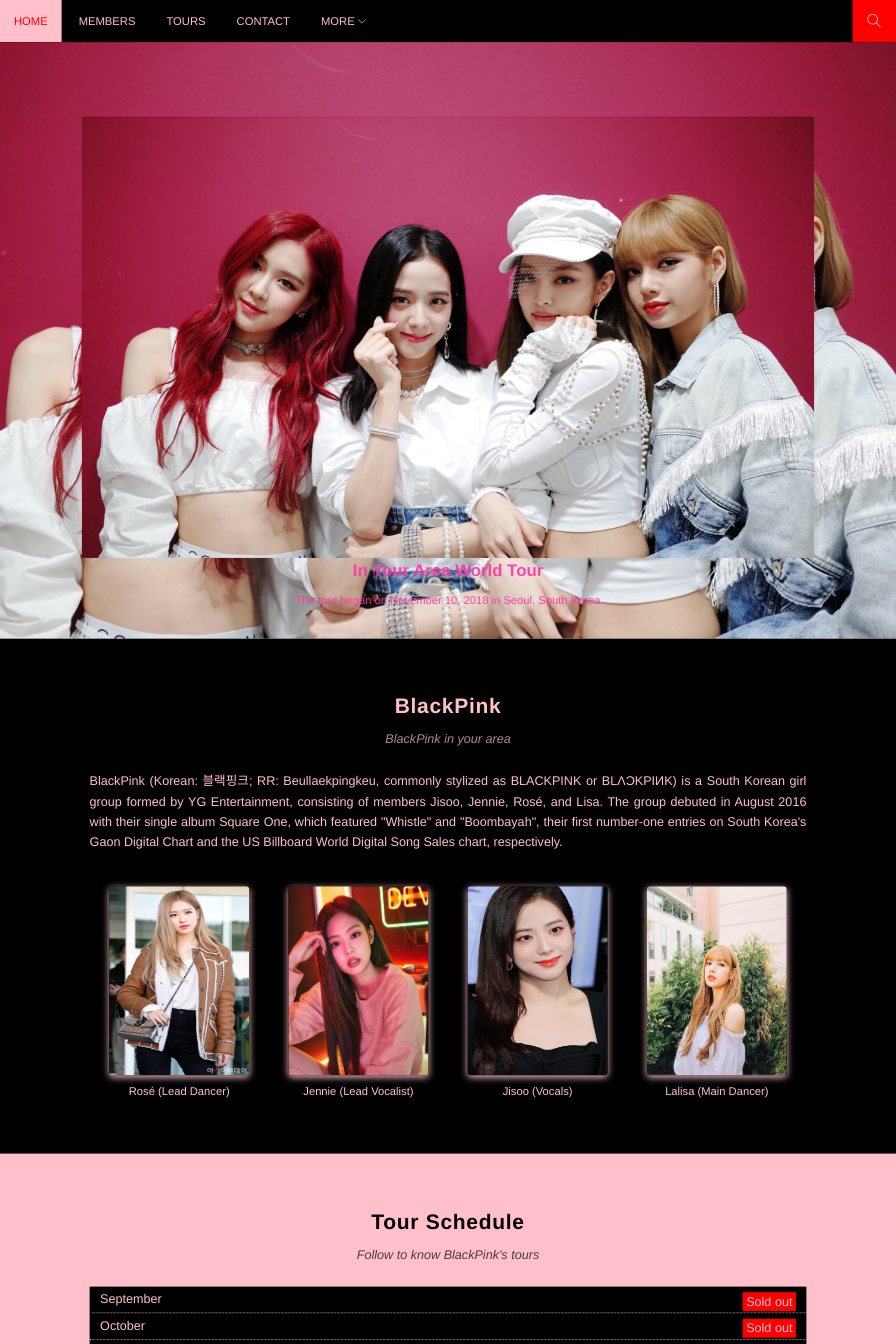
Repository: harrycricket/Blackpink_Band_Deploy
Page: index.html
An editor plug-in stored every save of this project. The page is shown before and after the next save, followed by the edit.
The browser window is 1280 px wide. The pictures show the part of the page from y = 0 to 1920 px (the page is 3376 px tall), at 70% of full size.

Above is the page before, as saved 2023-03-13 05:13:51.

### index.html
<!DOCTYPE html>

<html lang="en">

<head>
    <meta charset="utf-8">
    <meta name="viewport" content="width=device-width, initial-scale">
    <title>BlackPinkOfficial</title>
    <link rel="icon" href="https://www.blackpinkmusic.com/files/2022/08/bpfavicon-1-75x75.png" type="image/x-icon" />
    <link rel="stylesheet" href="./assets/css/style.css">
    <link rel="stylesheet" href="./assets/font/themify-icons/themify-icons.css">
</head>

<body>
    <div id="main">
        <div id="main__header">
            <ul id="nav">
                <li><a href="#">Home</a></li>
                <li><a href="#members">Members</a></li>
                <li><a href="#tours">Tours</a></li>
                <li><a href="#contact">Contact</a></li>
                <li>
                    <a href="#">More
                        <i class="nav-arrow-down ti-angle-down"></i>
                    </a>
                    <ul class="subnav">
                        <li><a href="https://www.youtube.com/BLACKPINKOFFICIAL">Youtube</a></li>
                        <li><a href="https://www.blackpinkmusic.com/music/">Music</a></li>
                        <li><a href="https://www.blackpinkmusic.com/newsletter/">Newsletter</a></li>
                    </ul>
                </li>
            </ul>

            <!-- <div class="logo">
                <img src="https://www.blackpinkmusic.com/files/2022/08/logo.png" alt="">
            </div> -->

            <!-- search button -->
            <div class="search-button">
                <i class="search-icon ti-search"></i>
            </div>
        </div>

        <div id="main__slider">
            <div class="text-content">
                <img src="./assets/img/background.jpg">
                <h2 class="text-heading">In Your Area World Tour</h2>
                <div class="text-description">The tour began on November 10, 2018 in Seoul, South Korea</div>
            </div>
        </div>

        <div id="main__content">
            <!-- About section -->
            <div id="members" class="content-section">
                <h2 class="content-heading">BlackPink</h2>
                <p class="content-sub-heading">BlackPink in your area</p>
                <p class="about-text">
                    BlackPink (Korean: 블랙핑크; RR: Beullaekpingkeu, commonly stylized as BLACKPINK or BLɅϽKPIИK) is a
                    South Korean girl group formed by YG Entertainment, consisting of members Jisoo, Jennie, Rosé, and
                    Lisa. The group debuted in August 2016 with their single album Square One, which featured "Whistle"
                    and "Boombayah", their first number-one entries on South Korea's Gaon Digital Chart and the US
                    Billboard World Digital Song Sales chart, respectively.
                </p>

                <div class="member-team">
                    <div class="column column-quarter text-center">
                        <img src="./assets/img/member/Rosé.jpg" alt="Rosé image" class="member-image">
                        <p><a href="https://en.wikipedia.org/wiki/Ros%C3%A9_(singer)" class="member-name">Rosé (Lead
                                Dancer)</a></p>
                    </div>

                    <div class="column column-quarter text-center">
                        <img src="./assets/img/member/Jennie.jpg" alt="Jennie image" class="member-image">
                        <p><a href="https://en.wikipedia.org/wiki/Jennie_(singer)" class="member-name">Jennie (Lead
                                Vocalist)</a></p>
                    </div>

                    <div class="column column-quarter text-center">
                        <img src="./assets/img/member/Jisoo.jpg" alt="Jisoo image" class="member-image">
                        <p><a href="https://en.wikipedia.org/wiki/Jisoo" class="member-name">Jisoo (Vocals)</a></p>
                    </div>

                    <div class="column column-quarter text-center">
                        <img src="./assets/img/member/Lalisa.jpg" alt="Lalisa image" class="member-image">
                        <p><a href="https://en.wikipedia.org/wiki/Lisa_(rapper)" class="member-name">Lalisa (Main
                                Dancer)</a></p>
                    </div>

                    <div class="clear"></div>
                </div>
            </div>

            <!-- Tour section -->

            <div id="tours" class="tour-section">
                <div class="content-section">
                    <h2 class="content-heading text-black">Tour Schedule </h2>
                    <p class="content-sub-heading text-black">Follow to know BlackPink's tours</p>
                    <!-- Tickets -->
                    <div class="book-ticket">
                        <li>September <span class="unavailable">Sold out</span></li>
                        <li>October <span class="unavailable">Sold out</span></li>
                        <li>November <span class="quantity">4</span></li>
                        <li>December <span class="quantity">8</span></li>
                    </div>
                    <!-- Tours location -->
                    <div class="row place-list">
                        <div class="column column-quarter">
                            <img src="./assets/img/Places/Vietnam.jpg" alt="Vietnam" class="place-image">
                            <div class="place-body">
                                <h3 class="place-country">Vietnam</h3>
                                <p class="place-time">1 November 2022</p>
                                <p class="place-content">
                                    Vietnam is the first place we will
                                    organize in this month. Hope to see all of you here.
                                </p>
                                <button class="buy-tickets js-buy-tickets">Buy tickets</button>
                            </div>
                        </div>

                        <div class="column column-quarter">
                            <img src="./assets/img/Places/Paris.jpg" alt="France" class="place-image">
                            <div class="place-body">
                                <h3 class="place-country">France</h3>
                                <p class="place-time">10 November 2022</p>
                                <p class="place-content">
                                    France is the second place we will
                                    organize in this month. Hope to see all of you here.
                                </p>
                                <button class="buy-tickets js-buy-tickets">Buy tickets</button>
                            </div>
                        </div>

                        <div class="column column-quarter">
                            <img src="./assets/img/Places/Singapore.jpg" alt="Singapore" class="place-image">
                            <div class="place-body">
                                <h3 class="place-country">Singapore</h3>
                                <p class="place-time">20 November 2022</p>
                                <p class="place-content">
                                    Singapore is the third place we will
                                    organize in this month. Hope to see all of you here.
                                </p>
                                <button class="buy-tickets js-buy-tickets">Buy tickets</button>
                            </div>
                        </div>

                        <div class="column column-quarter">
                            <img src="./assets/img/Places/Seoul.jpg" alt="Korean" class="place-image">
                            <div class="place-body">
                                <h3 class="place-country">Korean</h3>
                                <p class="place-time">30 November 2022</p>
                                <p class="place-content">
                                    Seoul is the last place we will
                                    organize in this month. Hope to see all of you here.
                                </p>
                                <button class="buy-tickets js-buy-tickets">Buy tickets</button>
                            </div>
                        </div>
                    </div>
                </div>
            </div>

            <!-- Begin: Contact section -->
            <div id="contact" class="content-section">
                <h2 class="content-heading">Contact</h2>
                <p class="content-sub-heading">Contact us for working</p>

                <div class="row contact-content">
                    <div class="column column-half contact-info">
                        <p><i class="ti-location-pin"> Seoul, South Korean</i></p>
                        <p><i class="ti-mobile"> Phone number: 0987654321</i></p>
                        <p><i class="ti-email"> Email: BlackPinkOfficial@gmail.com</i></p>
                    </div>

                    <div class="column column-half contact-form">
                        <form action="">
                            <div class="row">
                                <div class="column column-half">
                                    <input type="text" name="" placeholder="Name" required class="form-control">
                                </div>

                                <div class="column column-half">
                                    <input type="email" name="" placeholder="Email" required class="form-control">
                                </div>
                            </div>

                            <div class="row">
                                <div class="column column-full mt4px">
                                    <select name="country" id="country">
                                        <option value="">Afghanistan</option>
                                        <option value="">Albania</option>
                                        <option value="">American</option>
                                        <option value="">Andorra</option>
                                        <option value="">Angola</option>
                                        <option value="">Argentina</option>
                                        <option value="">Armenia</option>
                                        <option value="">Australia</option>
                                        <option value="">Austria</option>
                                        <option value="">Azerbaijan</option>
                                        <option value="">Bahrain</option>
                                        <option value="">Bangladesh </option>
                                        <option value="">Belarus</option>
                                        <option value="">Bermuda</option>
                                        <option value="">Bolivia</option>
                                        <option value="">Brazil</option>
                                        <option value="">Bulgaria</option>
                                        <option value="">Cambodia</option>
                                        <option value="">Cameroon</option>
                                        <option value="">Canada</option>
                                        <option value="">China</option>
                                        <option value="">Congo</option>
                                        <option value="">Costa Rica</option>
                                        <option value="">Croatia</option>
                                        <option value="">Cuba</option>
                                        <option value="">Czech Republic</option>
                                        <option value="">Denmark</option>
                                        <option value="">Dominica</option>
                                        <option value="">Dominican Republic</option>
                                        <option value="">East Timor</option>
                                        <option value="">Ecuador</option>
                                        <option value="">Egypt</option>
                                        <option value="">El Salvador</option>
                                        <option value="">Estonia</option>
                                        <option value="">Ethiopia</option>
                                        <option value="">Equatorial Guinea</option>
                                        <option value="">Faroe Islands</option>
                                        <option value="">Fiji</option>
                                        <option value="">France</option>
                                        <option value="">French Polynesia</option>
                                        <option value="">Gabon</option>
                                        <option value="">The Gambia</option>
                                        <option value="">Germany</option>
                                        <option value="">Ghana</option>
                                        <option value="">Greece</option>
                                        <option value="">Greenland</option>
                                        <option value="">Guinea</option>
                                        <option value="">Haiti</option>
                                        <option value="">Hong Kong</option>
                                        <option value="">Hungary</option>
                                        <option value="">Iceland</option>
                                        <option value="">India</option>
                                        <option value="">Indonesia</option>
                                        <option value="">Iran</option>
                                        <option value="">Iraq</option>
                                        <option value="">Ireland</option>
                                        <option value="">Israel</option>
                                        <option value="">Italy</option>
                                        <option value="">Jamaica</option>
                                        <option value="">Japan</option>
                                        <option value="">Jordan</option>
                                        <option value="">Kazakhstan</option>
                                        <option value="">Kenya</option>
                                        <option value="">Kosovo</option>
                                        <option value="">Kuwait</option>
                                        <option value="">Kyrgyzstan</option>
                                        <option value="">Lao</option>
                                        <option value="">Latvia</option>
                                        <option value="">Liberia</option>
                                        <option value="">Libya</option>
                                        <option value="">Luxembourg</option>
                                        <option value="">Macau</option>
                                        <option value="">Madagascar</option>
                                        <option value="">Malaysia</option>
                                        <option value="">Malta</option>
                                        <option value="">Mexico</option>
                                        <option value="">Monaco</option>
                                        <option value="">Mongolia</option>
                                        <option value="">Mozambique</option>
                                        <option value="">Myanmar</option>
                                        <option value="">Nepal</option>
                                        <option value="">Netherlands</option>
                                        <option value="">New Zealand</option>
                                        <option value="">Nigeria</option>
                                        <option value="">North Korea</option>
                                        <option value="">Pakistan</option>
                                        <option value="">Panama</option>
                                        <option value="">Paraguay</option>
                                        <option value="">Papua New Guinea</option>
                                        <option value="">Peru</option>
                                        <option value="">Philippines</option>
                                        <option value="">Portugal</option>
                                        <option value="">Qatar</option>
                                        <option value="">Romania</option>
                                        <option value="">Russian</option>
                                        <option value="">Saudi Arabia</option>
                                        <option value="">Serbia</option>
                                        <option value="">Singapore</option>
                                        <option value="">Slovakia</option>
                                        <option value="">South Africa</option>
                                        <option value="">South Korea</option>
                                        <option value="">South Sudan</option>
                                        <option value="">Spain</option>
                                        <option value="">Sri Lanka</option>
                                        <option value="">Sudan</option>
                                        <option value="">Sweden</option>
                                        <option value="">Switzerland</option>
                                        <option value="">Syria</option>
                                        <option value="">Taiwan</option>
                                        <option value="">Tanzania</option>
                                        <option value="">Thailand</option>
                                        <option value="">Turkey</option>
                                        <option value="">Tuvalu</option>
                                        <option value="">Uganda</option>
                                        <option value="">Ukraine</option>
                                        <option value="">United Kingdom</option>
                                        <option value="">United States</option>
                                        <option value="">Uruguay</option>
                                        <option value="">Uzbekistan</option>
                                        <option value="">Vatican City State</option>
                                        <option value="">Venezuela</option>
                                        <option value="">Vietnam</option>
                                        <option value="">Yemen</option>
                                    </select>
                                </div>
                            </div>

                            <div class="row">
                                <div class="column column-full mt4px">
                                    <input type="button" onclick="alert('Send information successfully')" value="Send"
                                        id="submit-botton">
                                    <!-- <input type="submit" value="Send" id="submit-botton"> -->
                                </div>
                            </div>

                        </form>
                    </div>
                </div>
            </div>

            <!-- End: Contact section -->
            <div class="map-section">
                <img src="./assets/img/map.jpg" alt="Map">
            </div>
        </div>

        <footer id="main__footer">
            <div class="social-media">
                <a href="https://www.facebook.com/BLACKPINKOFFICIAL"><i class="ti-facebook"></i></a>
                <a href="https://www.instagram.com/blackpinkofficial/?hl=en"><i class="ti-instagram"></i></a>
                <a href="https://twitter.com/blackpink"><i class="ti-twitter"></i></a>
                <a href="https://www.pinterest.co.uk/pin/67342956914597812/"><i class="ti-pinterest"></i></a>
                <a href="https://www.youtube.com/c/BLACKPINKOFFICIAL"><i class="ti-youtube"></i></a>
            </div>
            <div class="power-by">Powered by <a href="https://www.w3schools.com/w3css/defaulT.asp">w3.css</a></div>
        </footer>
    </div>

    <div class="modal js-modal">
        <div class="modal-container js-modal-container">
            <div class="modal-close-botton js-modal-close">
                Close
                <i class="ti-close"></i>
            </div>
            <header class="modal-header">
                <i class="model-ticket ti-ticket"></i>
                Tickets for BlackPink tour
            </header>

            <div class="modal-body">
                <label for="ticket-quantity" class="modal-label">
                    <i class="ti-shopping-cart"></i>
                    Price: 100$/ticket
                </label>
                <input id="ticket-quantity" type="text" class="modal-input"
                    placeholder="How many tickets you want to buy?">
                <label for="ticket-email" class="modal-label">
                    <i class="ti-email"></i>
                    Email to contact
                </label>
                <input id="ticket-email" type="text" class="modal-input" placeholder="Enter your email">
            </div>

            <button class="js-modal-buy-botton">
                Click to buy tickets
                <i class="ti-check"></i>
            </button>

            <footer class="modal-footer">
                <div class="modal-help">
                    <a href="#">Help</a>
                    <i class="ti-help-alt"></i>
                </div>
            </footer>
        </div>
    </div>

    <script>
        const buyBtns = document.querySelectorAll('.js-buy-tickets')
        const modal = document.querySelector('.js-modal')
        const modalClose = document.querySelector('.js-modal-close')
        const confirm = document.querySelector('.js-modal-buy-botton')
        const modalContainer = document.querySelector('.js-modal-container')

        // Hàm hiển thị modal buy tickets (add class open vào modal)
        function showBuyTickets() {
            modal.classList.add('open')
        }

        // Hàm ẩn modal buy tickets (remove class open của modal)
        function hideBuyTickets() {
            modal.classList.remove('open')
        }

        function confirmToBuyTickets() {
            alert("Buy tickets successfully. See you soon <3")
        }

        // Lặp qua từng thẻ botton và nghe hành vi click vào button buy tickets
        for (const buyBtn of buyBtns) {
            buyBtn.addEventListener('click', showBuyTickets)
        }

        // Nghe hành vi click vào button close
        modalClose.addEventListener('click', hideBuyTickets)
        confirm.addEventListener('click', confirmToBuyTickets)
        modal.addEventListener('click', hideBuyTickets)
        modalContainer.addEventListener('click', function (event) {
            event.stopPropagation()
        })
    </script>
</body>

</html>

Loaded but not shown: assets/font/themify-icons/themify-icons.css (common file); assets/css/style.css (564 lines, source omitted)

After the next save:
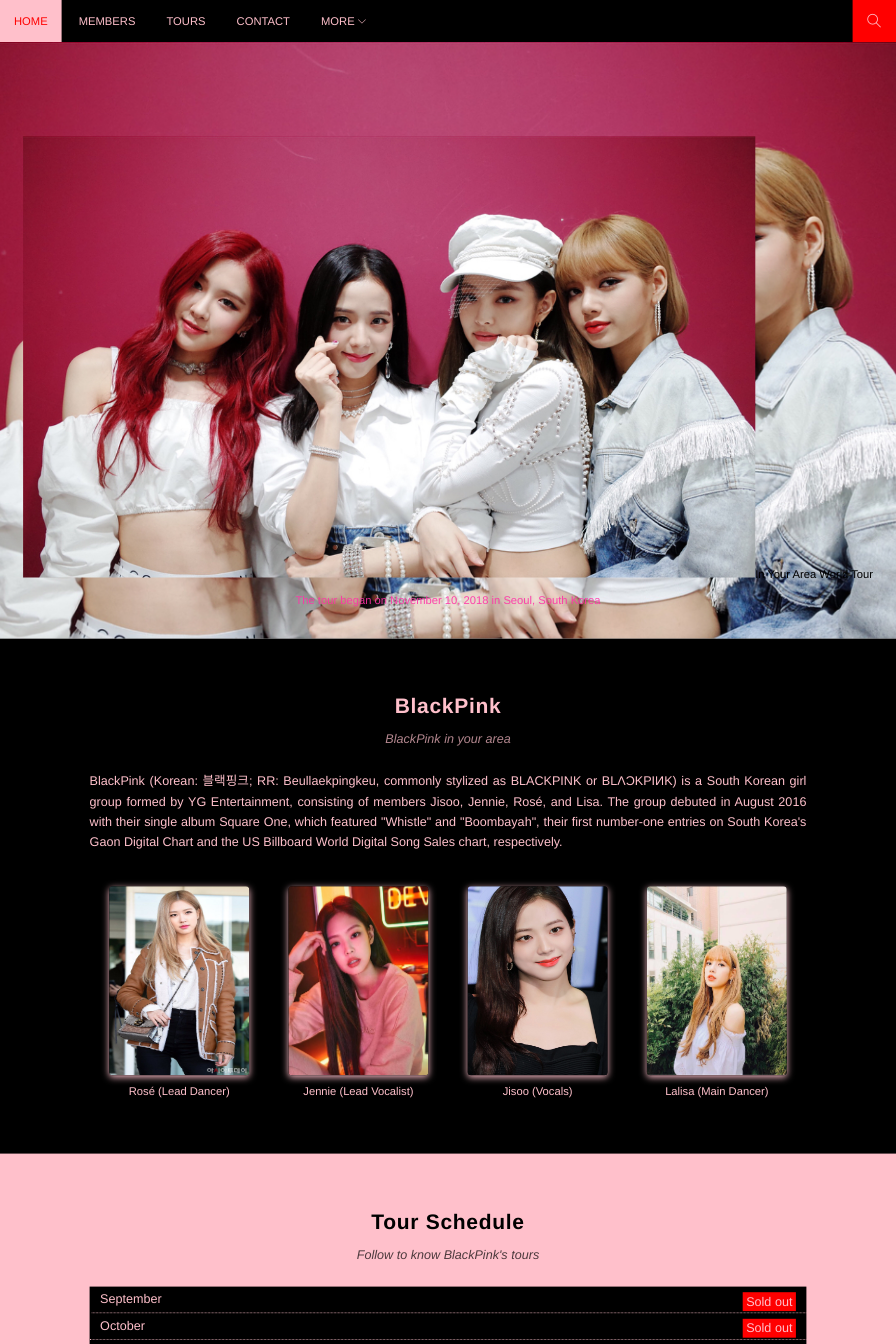
Saved 2 min 20 s later.
--- a/index.html
+++ b/index.html
@@ -43,8 +43,8 @@
 
         <div id="main__slider">
             <div class="text-content">
-                <img src="./assets/img/background.jpg">
-                <h2 class="text-heading">In Your Area World Tour</h2>
+                <img src="./assets/img/background.jpg" alt="background" class="background>
+                <h2 class=" text-heading">In Your Area World Tour</h2>
                 <div class="text-description">The tour began on November 10, 2018 in Seoul, South Korea</div>
             </div>
         </div>
